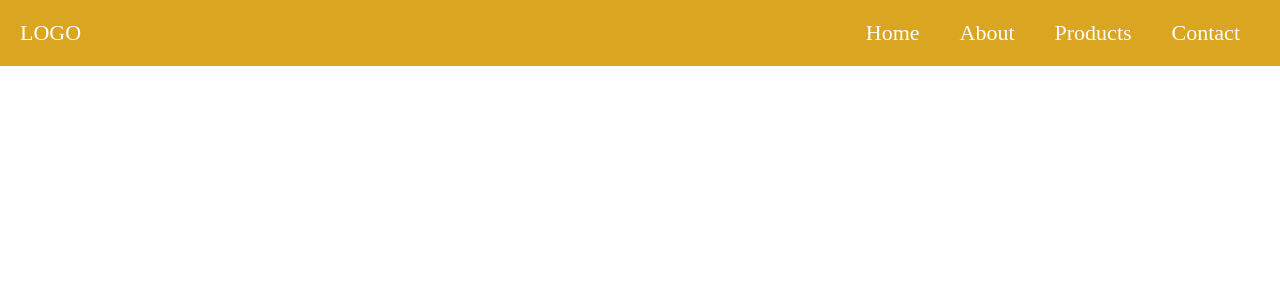
Repository: albayrakfatih/Flex-Navbar
Page: navbar-w-flexbox.html
These files come from the project's save history. The page is drawn as it stood at one moment and after a run of saves; the edit follows.
The browser window is 1280 px wide. The pictures show the whole page.

Above is the page before, as saved 2023-05-09 19:50:10.

After the next 4 saves:
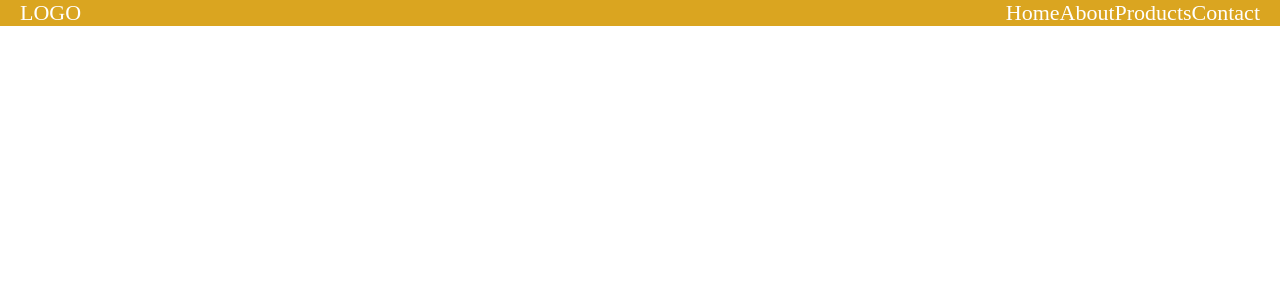
The 4 saves are shown as one change because they came seconds apart.
The last was saved 3 min 20 s later.
--- a/styles.css
+++ b/styles.css
@@ -23,9 +23,6 @@
     list-style-type: none;
     display: flex;
 }
-.navigation li{
-    padding: 20px;
+.navigation a{
+
 }
-.navigation li:hover{
-    background: rgba(red, green, blue, alpha);
-}
